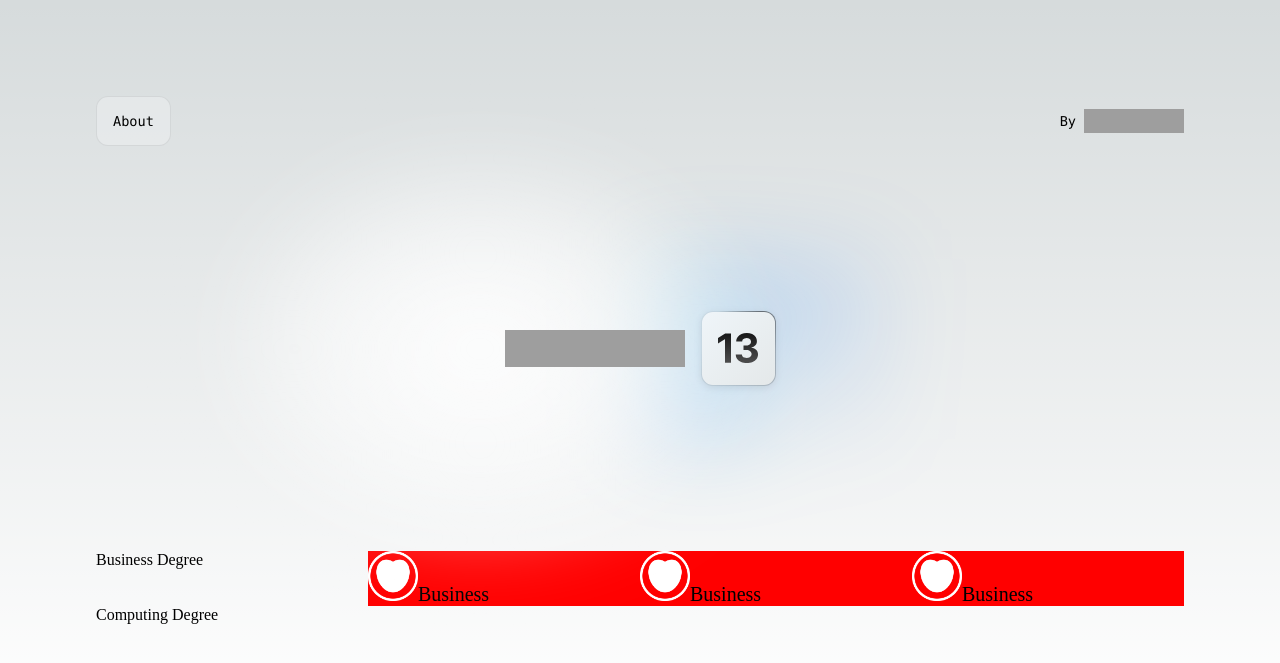
Repository: karthur1/class-example-3
Page: /
An editor plug-in stored every save of this project. The page is shown before and after the next save, followed by the edit.
The browser window is 1280 px wide. The pictures show the whole page.
Pictures or frames that could not be fetched are drawn as grey boxes. The project was rebuilt for these pictures with package versions that can differ from the ones it lists, and the page was loaded fresh each time. The framework's server and built-in components were replaced by stand-ins that run in the browser. Also part of the build but not shown: next.config.js.

Above is the page before, as saved 2023-01-20 23:34:27.

### pages/index.js
import Head from 'next/head'
import Image from 'next/image'
import { Inter } from '@next/font/google'
import styles from '@/styles/Home.module.css'
import data from '../data/employees.json'
import {useState} from 'react'
import Card from '../components/Card'
import Link from 'next/link'


const inter = Inter({ subsets: ['latin'] })

export default function Home() {

  console.log(data)
  const [information, setInformation] = useState([...data])
  console.log(information)

  return (
    <>
      <Head>
        <title>Create Next App</title>
        <meta name="description" content="Generated by create next app" />
        <meta name="viewport" content="width=device-width, initial-scale=1" />
        <link rel="icon" href="/favicon.ico" />
      </Head>
      <main className={styles.main}>
        <div className={styles.description}>
          <p>
          <Link href="about">About</Link>

          </p>
          <div>
            <a
              href="https://vercel.com?utm_source=create-next-app&utm_medium=default-template&utm_campaign=create-next-app"
              target="_blank"
              rel="noopener noreferrer"
            >
              By{' '}
              <Image
                src="/vercel.svg"
                alt="Vercel Logo"
                className={styles.vercelLogo}
                width={100}
                height={24}
                priority
              />
            </a>
          </div>
        </div>

        <div className={styles.center}>
          <Image
            className={styles.logo}
            src="/next.svg"
            alt="Next.js Logo"
            width={180}
            height={37}
            priority
          />
          <div className={styles.thirteen}>
            <Image
              src="/thirteen.svg"
              alt="13"
              width={40}
              height={31}
              priority
            />
          </div>
        </div>

        <div className={styles.grid}>
          <div>Business Degree</div>
          {information && information.map((info, index) => {
            if(info.department === "Business") {
              return(
              <Card key={index} degree={info.department} colour="red" font="20px"/>
            )
          }
        })}
                  <div>Computing Degree</div>
          {information && information.map((info, index) => {
            if(info.department === "Finance") {

             return(
              <Card key={index} degree={info.Firstname} colour="blue" font="20px"/>
             )
          }
        })}
        </div>
      </main>
    </>
  )
}

### styles/Home.module.css
.main {
  display: flex;
  flex-direction: column;
  justify-content: space-between;
  align-items: center;
  padding: 6rem;
  min-height: 100vh;
}

.description {
  display: inherit;
  justify-content: inherit;
  align-items: inherit;
  font-size: 0.85rem;
  max-width: var(--max-width);
  width: 100%;
  z-index: 2;
  font-family: var(--font-mono);
}

.description a {
  display: flex;
  justify-content: center;
  align-items: center;
  gap: 0.5rem;
}

.description p {
  position: relative;
  margin: 0;
  padding: 1rem;
  background-color: rgba(var(--callout-rgb), 0.5);
  border: 1px solid rgba(var(--callout-border-rgb), 0.3);
  border-radius: var(--border-radius);
}

.code {
  font-weight: 700;
  font-family: var(--font-mono);
}

.grid {
  display: grid;
  grid-template-columns: repeat(4, minmax(25%, auto));
  width: var(--max-width);
  max-width: 100%;
}



.card {
  padding: 1rem 1.2rem;
  border-radius: var(--border-radius);
  background: rgba(var(--card-rgb), 0);
  border: 1px solid rgba(var(--card-border-rgb), 0);
  transition: background 200ms, border 200ms;
}

.card span {
  display: inline-block;
  transition: transform 200ms;
}

.card h2 {
  font-weight: 600;
  margin-bottom: 0.7rem;
}

.card p {
  margin: 0;
  opacity: 0.6;
  font-size: 0.9rem;
  line-height: 1.5;
  max-width: 30ch;
}

.center {
  display: flex;
  justify-content: center;
  align-items: center;
  position: relative;
  padding: 4rem 0;
}

.center::before {
  background: var(--secondary-glow);
  border-radius: 50%;
  width: 480px;
  height: 360px;
  margin-left: -400px;
}

.center::after {
  background: var(--primary-glow);
  width: 240px;
  height: 180px;
  z-index: -1;
}

.center::before,
.center::after {
  content: '';
  left: 50%;
  position: absolute;
  filter: blur(45px);
  transform: translateZ(0);
}

.logo,
.thirteen {
  position: relative;
}

.thirteen {
  display: flex;
  justify-content: center;
  align-items: center;
  width: 75px;
  height: 75px;
  padding: 25px 10px;
  margin-left: 16px;
  transform: translateZ(0);
  border-radius: var(--border-radius);
  overflow: hidden;
  box-shadow: 0px 2px 8px -1px #0000001a;
}

.thirteen::before,
.thirteen::after {
  content: '';
  position: absolute;
  z-index: -1;
}

/* Conic Gradient Animation */
.thirteen::before {
  animation: 6s rotate linear infinite;
  width: 200%;
  height: 200%;
  background: var(--tile-border);
}

/* Inner Square */
.thirteen::after {
  inset: 0;
  padding: 1px;
  border-radius: var(--border-radius);
  background: linear-gradient(
    to bottom right,
    rgba(var(--tile-start-rgb), 1),
    rgba(var(--tile-end-rgb), 1)
  );
  background-clip: content-box;
}

/* Enable hover only on non-touch devices */
@media (hover: hover) and (pointer: fine) {
  .card:hover {
    background: rgba(var(--card-rgb), 0.1);
    border: 1px solid rgba(var(--card-border-rgb), 0.15);
  }

  .card:hover span {
    transform: translateX(4px);
  }
}

@media (prefers-reduced-motion) {
  .thirteen::before {
    animation: none;
  }

  .card:hover span {
    transform: none;
  }
}

/* Mobile */
@media (max-width: 700px) {
  .content {
    padding: 4rem;
  }

  .grid {
    grid-template-columns: 1fr;
    margin-bottom: 120px;
    max-width: 320px;
    text-align: center;
  }

  .card {
    padding: 1rem 2.5rem;
  }

  .card h2 {
    margin-bottom: 0.5rem;
  }

  .center {
    padding: 8rem 0 6rem;
  }

  .center::before {
    transform: none;
    height: 300px;
  }

  .description {
    font-size: 0.8rem;
  }

  .description a {
    padding: 1rem;
  }

  .description p,
  .description div {
    display: flex;
    justify-content: center;
    position: fixed;
    width: 100%;
  }

  .description p {
    align-items: center;
    inset: 0 0 auto;
    padding: 2rem 1rem 1.4rem;
    border-radius: 0;
    border: none;
    border-bottom: 1px solid rgba(var(--callout-border-rgb), 0.25);
    background: linear-gradient(
      to bottom,
      rgba(var(--background-start-rgb), 1),
      rgba(var(--callout-rgb), 0.5)
    );
    background-clip: padding-box;
    backdrop-filter: blur(24px);
  }

  .description div {
    align-items: flex-end;
    pointer-events: none;
    inset: auto 0 0;
    padding: 2rem;
    height: 200px;
    background: linear-gradient(
      to bottom,
      transparent 0%,
      rgb(var(--background-end-rgb)) 40%
    );
    z-index: 1;
  }
}

/* Tablet and Smaller Desktop */
@media (min-width: 701px) and (max-width: 1120px) {
  .grid {
    grid-template-columns: repeat(2, 50%);
  }
}

@media (prefers-color-scheme: dark) {
  .vercelLogo {
    filter: invert(1);
  }

  .logo,
  .thirteen img {
    filter: invert(1) drop-shadow(0 0 0.3rem #ffffff70);
  }
}

@keyframes rotate {
  from {
    transform: rotate(360deg);
  }
  to {
    transform: rotate(0deg);
  }
}

### data/employees.json
[
    {
        "firstName": "John Doe",
        "bloodType": "AB",
        "department": "Business",
        "degree": "Finance",
        "graduted": 2004
    },
    {
        "firstName": "Jeff Smith",
        "bloodType": "A",
        "department": "Business",
        "degree": "Finance",
        "graduted": 2009
    },
    {
        "firstName": "Jim Mack",
        "bloodType": "A",
        "department": "Business",
        "degree": "Business",
        "graduted": 2009
    },
    {
        "firstName": "Bill Nye",
        "bloodType": "A",
        "department": "Computing",
        "degree": "Business",
        "graduted": 2010
    }
]

### components/Card/index.js
export default function Card( {
   degree = "none",
   colour = "purple",
   font = "0",
   images = "icons/icon3.png"

    }) {   return(
        <div style={{backgroundColor: colour, fontSize:font}}>
                {
                    colour === "red" ? <img src={'icons/icon2.png'} width="50"/>:
                    colour === "blue" ? <img src={'icons/icon3.jpg'} width="50"/>:
                                        <img src={images} width="50"/>
                }
                {degree}

        </div>
    )
}

Loaded but not shown: pages/_app.js (common file); pages/_document.js (common file); styles/globals.css (common file)

After the next save:
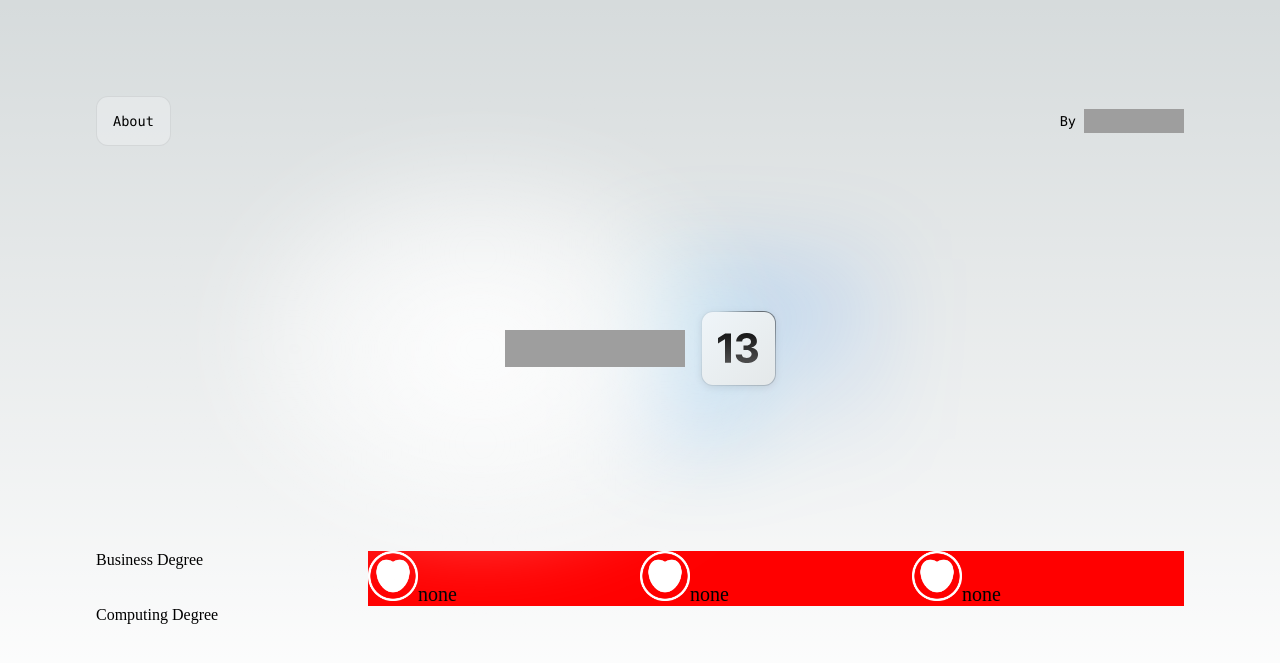
Saved 8 s later.
--- a/pages/index.js
+++ b/pages/index.js
@@ -74,7 +74,7 @@
           {information && information.map((info, index) => {
             if(info.department === "Business") {
               return(
-              <Card key={index} degree={info.department} colour="red" font="20px"/>
+              <Card key={index} degree={info.Firstname} colour="red" font="20px"/>
             )
           }
         })}
